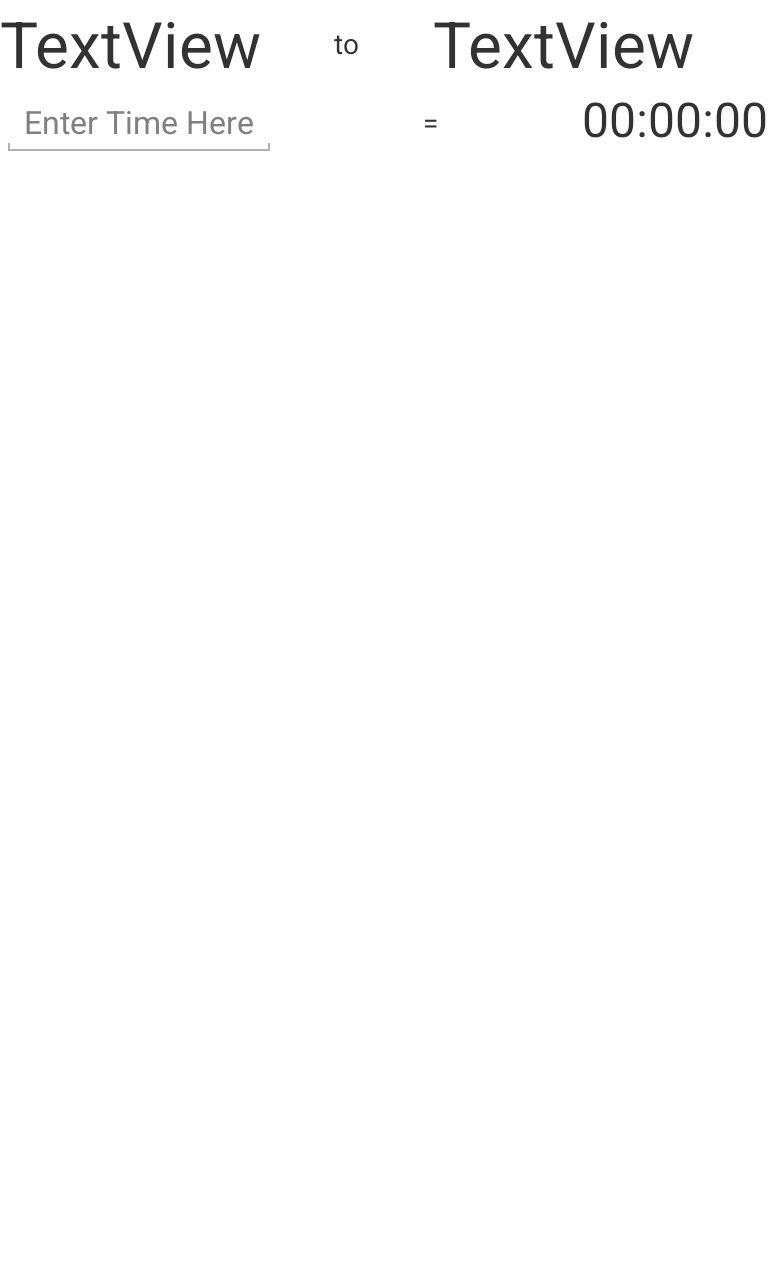
Repository: downinew/AndroidCoachesRaceTimer
Layout: CoachesRaceTimer/res/layout/convert_dialog.xml
An editor plug-in stored every save of this project. The layout is shown before and after the next save, followed by the edit.
It is drawn on a 768 x 1280 px phone screen (xhdpi) without system bars, with theme AppTheme; the app's code is not run.

Above is the layout before, as saved 2015-02-19 02:25:14.

After the next save:
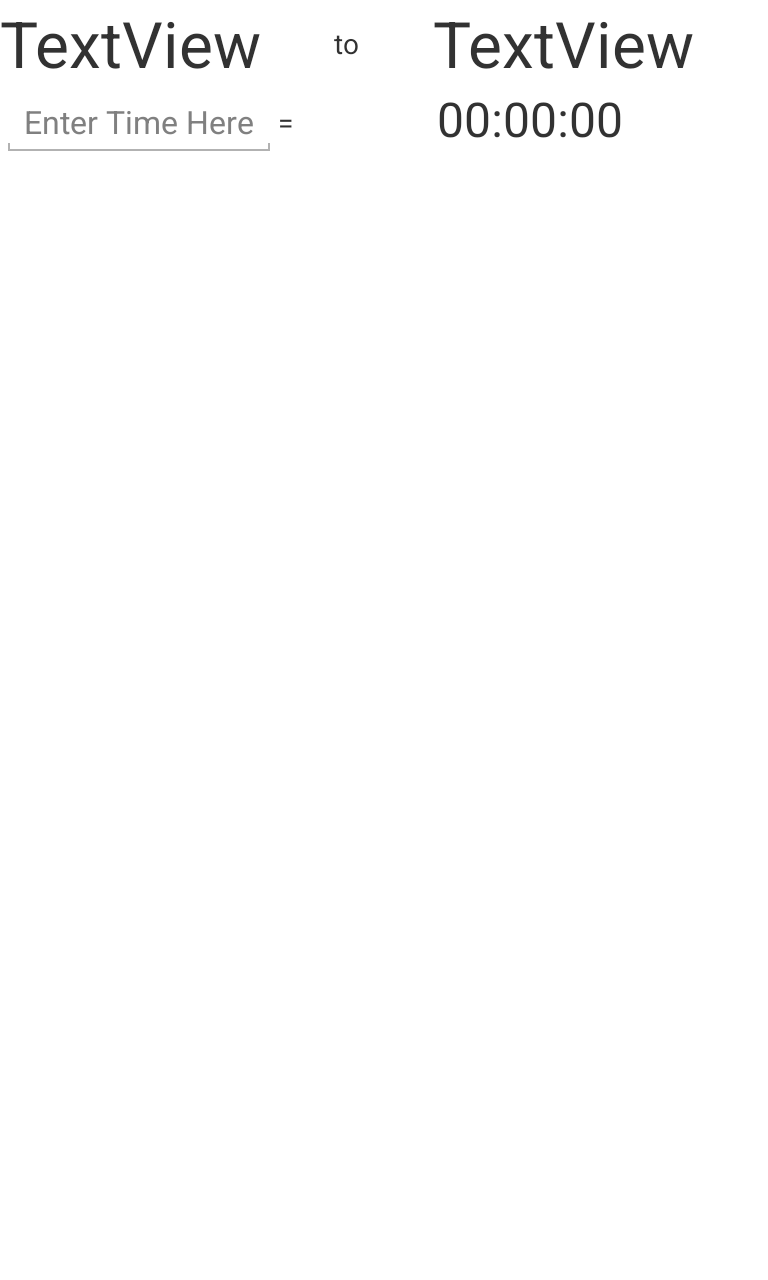
Saved 42 s later.
--- a/CoachesRaceTimer/res/layout/convert_dialog.xml
+++ b/CoachesRaceTimer/res/layout/convert_dialog.xml
@@ -54,8 +54,7 @@
             android:layout_width="wrap_content"
             android:layout_height="wrap_content"
             android:layout_gravity="center"
-            android:layout_weight="0.22"
-            android:gravity="center"
+            android:layout_weight="1"
             android:text="=" />
 
         <TextView
@@ -64,6 +63,7 @@
             android:layout_height="wrap_content"
             android:layout_gravity="end"
             android:text="00:00:00"
+            android:layout_weight="1"
             android:textSize="24sp" />
 
     </LinearLayout>
